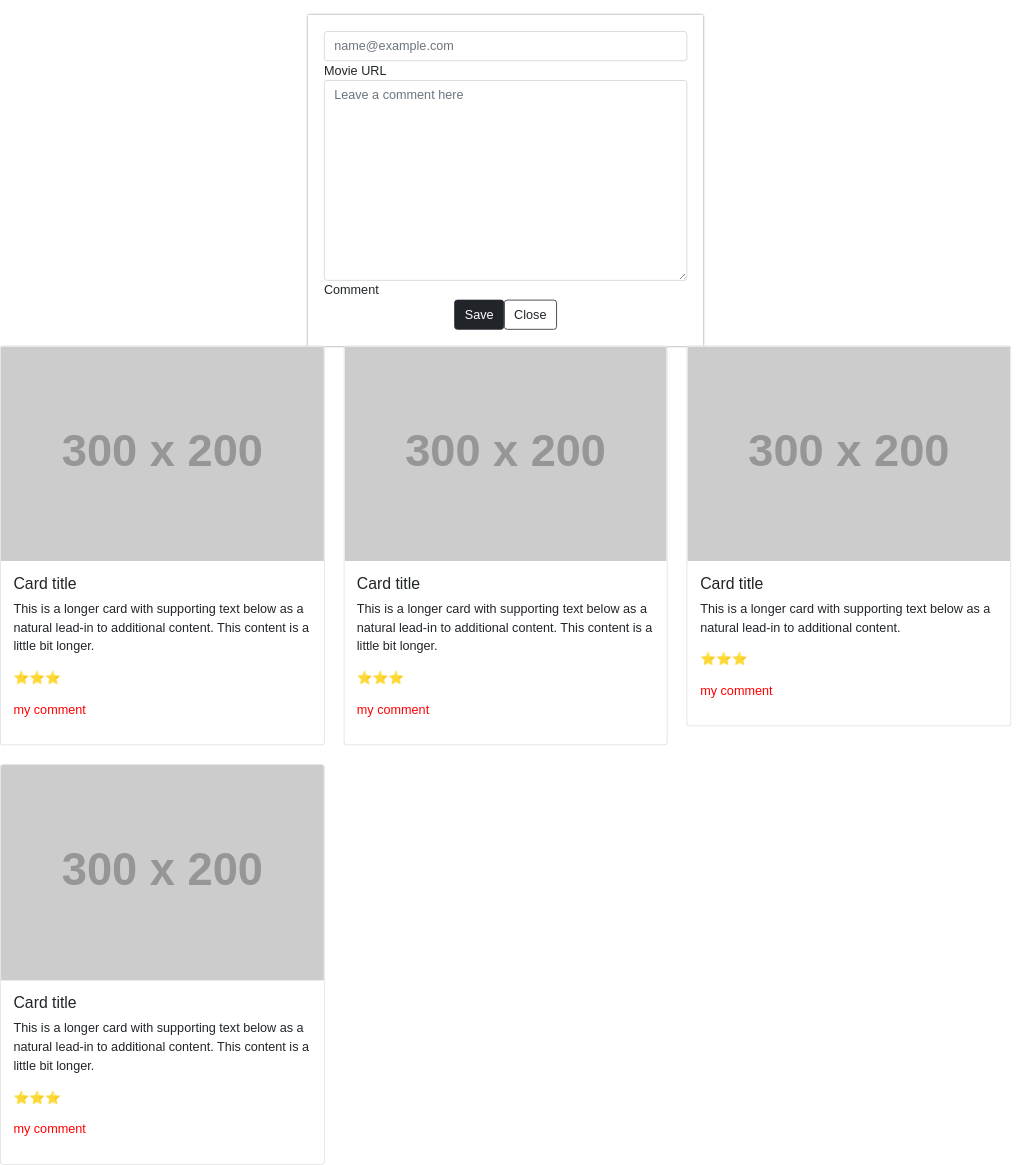
Repository: sinayaka-body/sparta
Page: frontend/bootstrap.html
The author's editor kept a copy of each file at every save. The page is drawn from the files as they stood at one save, then again after the next save.
The browser window is 1280 px wide. The page is 1292 px wide, so the pictures cover 1292 px, including what lies to the right of the window. The pictures show the part of the page from y = 250 to 1725 px (the page is 1725 px tall before and 1445 px after), at 79% of full size.
Some web fonts or font styles are not loaded; a fallback is used.

Above is the page before, as saved 2023-04-15 16:42:27.

After the next save:
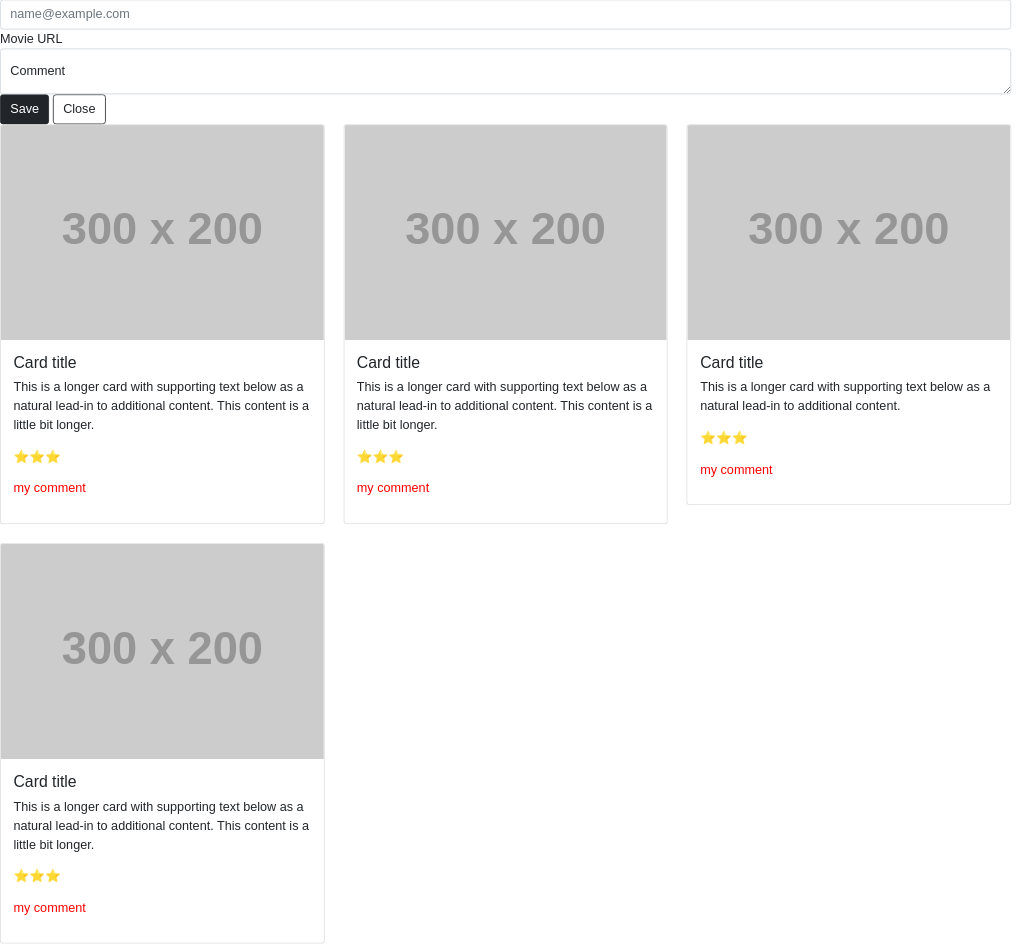
Saved 2 min 2 s later.
--- a/frontend/bootstrap.html
+++ b/frontend/bootstrap.html
@@ -73,16 +73,16 @@
       <button>Save a new movie</button>
     </div>
 
-    <div class="review_post">
+    <div class="mypost">
       <div class="review_post_url">
         <input type="email" class="form-control" id="floatingInput" placeholder="name@example.com" />
         <label for="floatingInput">Movie URL</label>
       </div>
-      <div class="review_post_comment">
+      <div class="form-floating">
         <textarea class="form-control" placeholder="Leave a comment here" name="" id="" cols="30" rows="10"></textarea>
         <label for="floatingTextarea2">Comment</label>
       </div>
-      <div class="review_post_btn">
+      <div class="mybtns">
         <button type="button" class="btn btn-dark">Save</button>
         <button type="button" class="btn btn-outline-dark">Close</button>
       </div>
